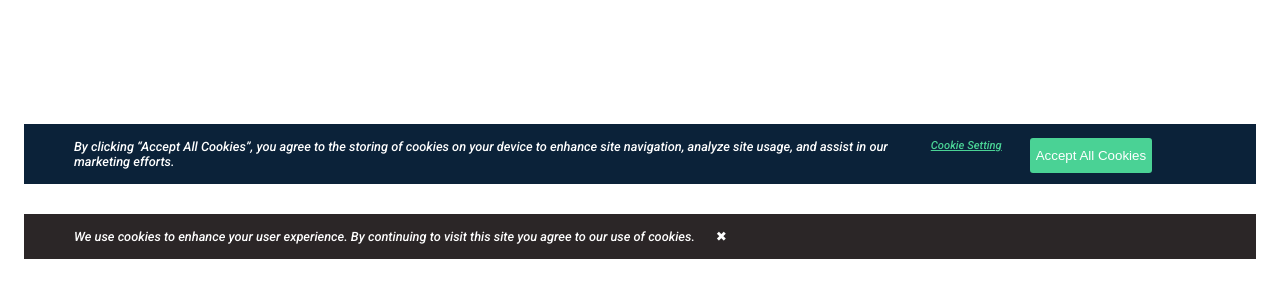
Repository: batonAnton/cursor_cookies_lectr3
Page: index.html
The author's editor kept a copy of each file at every save. The page is drawn from the files as they stood at one save, then again after the next save.
The browser window is 1280 px wide. The pictures show the whole page.

Above is the page before, as saved 2022-06-01 11:57:46.

### index.html
<!DOCTYPE html>
<html lang="en">
<head>
    <meta charset="UTF-8">
    <meta http-equiv="X-UA-Compatible" content="IE=edge">
    <meta name="viewport" content="width=device-width, initial-scale=1.0">
    <link rel="preconnect" href="https://fonts.googleapis.com">
    <link rel="preconnect" href="https://fonts.gstatic.com" crossorigin>
    <link href="https://fonts.googleapis.com/css2?family=Roboto:ital,wght@1,500&display=swap" rel="stylesheet">
    <link rel="stylesheet" href="/css/style.css">
    <title>Cookie Banner</title>
</head>
<body>
    <div class="container">
        <div class="banner_1">
            <p>By clicking “Accept All Cookies”, you agree to the storing of cookies on your device to enhance site navigation, analyze site usage, and assist in our <br> marketing efforts.</p>
            <a href="#">cookie setting</a>
            <button>accept all cookies</button>
        </div>

        <div class="banner_2">
            <p>We use cookies to enhance your user experience. By continuing to visit this site you agree to our <span>use of cookies.</span></p>
            <button><span>&#10006</span></button>
        </div>

    </div>
</body>
</html>

### css/style.css
body {
  margin: 124px 24px;
  font-family: "Roboto", sans-serif;
}
p {
  font-size: 0.8rem;
}

.banner_1 {
  width: 100%;
  display: inline-flex;
  background-color: #0b2239;
}

.banner_1 p {
  color: #ffffff;
  margin: 15px 15px 15px 50px;
}

.banner_1 a {
  color: #4ad295;
  margin: 15px 28px;
  font-size: 0.7rem;
  text-transform: capitalize;
}

.banner_1 button {
  color: #ffffff;
  background-color: #4ad295;
  margin: 14px 50px 0px 0px;
  height: 35px;
  text-transform: capitalize;
  border-radius: 3px;
  border: none;
}

.banner_2 {
  width: 100%;
  margin-top: 30px;
  background-color: #2b2627;
  display: inline-flex;
}

.banner_2 p {
  color: #ffffff;
  margin: 15px 15px 15px 50px;
}

.banner_2 button {
  border: none;
  color: #ffffff;
  background-color: #2b2627;
}

After the next save:
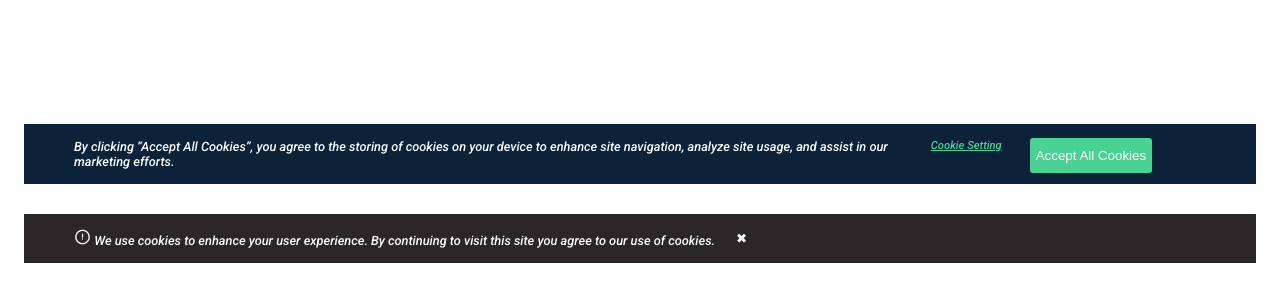
Saved 10 min 42 s later.
--- a/index.html
+++ b/index.html
@@ -19,7 +19,7 @@
         </div>
 
         <div class="banner_2">
-            <p>We use cookies to enhance your user experience. By continuing to visit this site you agree to our <span>use of cookies.</span></p>
+            <p> <img src="/images/exclamation mark.png" alt="mark"> We use cookies to enhance your user experience. By continuing to visit this site you agree to our <span class="under_span">use of cookies.</span></p>
             <button><span>&#10006</span></button>
         </div>
 
